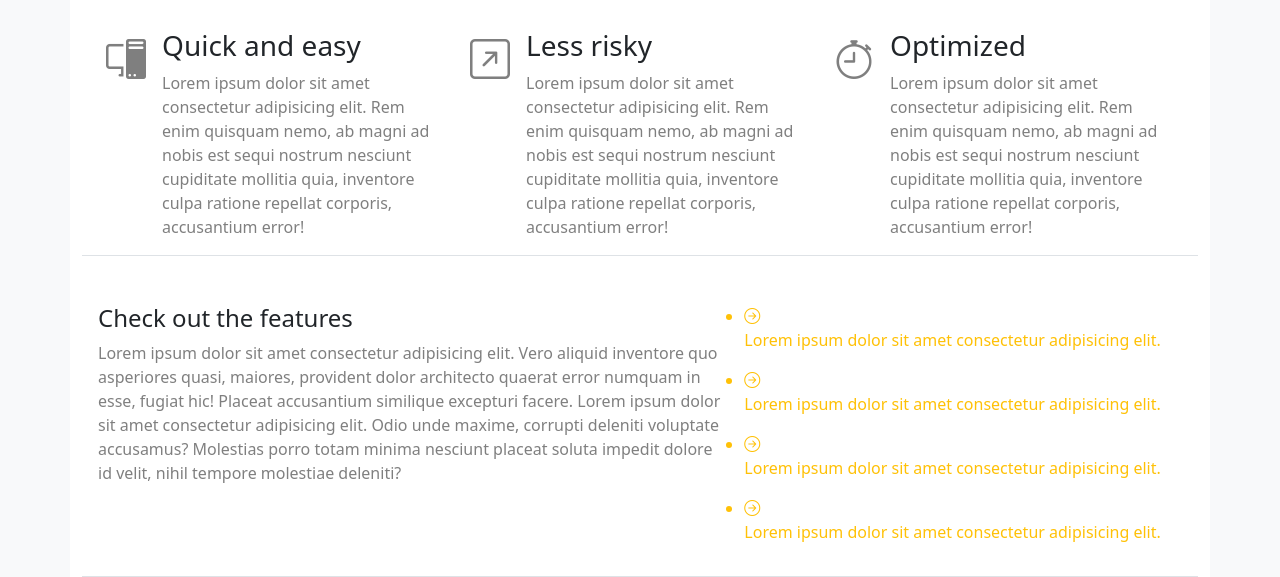
Repository: lyvandat/dh---bootstrap1
Page: index.html
An editor plug-in stored every save of this project. The page is shown before and after the next save, followed by the edit.
The browser window is 1280 px wide. The pictures show the part of the page from y = 545 to 1122 px (the page is 1122 px tall before and 1047 px after).
A picture or video elsewhere on the page could not be fetched, so the positions and the page height are approximate. Some web libraries are served in a nearby version.

Above is the page before, as saved 2022-11-01 20:59:19.

### index.html
<!DOCTYPE html>
<html lang="en">
  <head>
    <!-- Required meta tags -->
    <meta charset="utf-8" />
    <meta name="viewport" content="width=device-width, initial-scale=1" />

    <!-- Bootstrap CSS -->
    <link
      href="https://cdn.jsdelivr.net/npm/bootstrap@5.0.2/dist/css/bootstrap.min.css"
      rel="stylesheet"
      integrity="sha384-EVSTQN3/azprG1Anm3QDgpJLIm9Nao0Yz1ztcQTwFspd3yD65VohhpuuCOmLASjC"
      crossorigin="anonymous"
    />
    <link
      rel="stylesheet"
      href="https://cdn.jsdelivr.net/npm/bootstrap-icons@1.9.1/font/bootstrap-icons.css"
    />
    <link rel="stylesheet" href="./default.css">
    <title>Hello, world!</title>
  </head>
  <body class="bg-light">
    <div class="container bg-white">
      <section
        class="container align-items-center bg-white border-bottom border-gray py-4"
      >
        <div class="row px-0">
          <div class="col-2 d-inline-flex">
            <i class="bi bi-activity fs-3"></i>
            <h2>Target</h2>
          </div>
          <div class="col-6 d-flex align-items-center">
            <div class="text-gray font-style-italic text-black-50">
              Premium landing page templates
            </div>
          </div>
          <div class="col-3 d-flex align-items-center">
            <h3 class="fs-5">Call Now!: 1-800-123-456</h3>
          </div>
        </div>
      </section>

      <!-- intro -->
      <div class="border-bottom border-gray">
      <section class="px-3 row mt-5 d-flex align-items-stretch border-bottom border-gray pb-5">
        <div class="col-6 d-flex flex-column justify-content-between">
          <h2>The perfect way to convert your traffic into sales</h2>
          <article class="text-black-50">
            Lorem ipsum dolor sit amet consectetur adipisicing elit. Incidunt
            voluptatibus non itaque, ut aperiam necessitatibus rem impedit
            cupiditate. Eius perferendis ipsam impedit deserunt repellat
            reiciendis, error ducimus eum ratione iusto.
            <br></br>
            cupiditate. Eius perferendis ipsam impedit deserunt repellat
            reiciendis, error ducimus eum ratione iusto.
          </article>
          <div class="d-flex justify-content-center align-items-center mt-4">
            <button
              class="btn rounded-pill bg-warning bg-gradient border border-black fs-3"
            >
              Purchase now
            </button>
            <span class="d-block mx-4 fw-bold fs-6">Or</span>
            <button
              class="btn rounded-pill bg-light bg-gradient border border-black fs-3"
            >
              Take a tour
            </button>
          </div>
        </div>
        <div class="col-6">
          <img
            class="mw-100 img"
            src="https://images.unsplash.com/photo-1448375240586-882707db888b?ixlib=rb-4.0.3&ixid=MnwxMjA3fDB8MHxwaG90by1wYWdlfHx8fGVufDB8fHx8&auto=format&fit=crop&w=1170&q=80"
          />
        </div>
      </section>
    </div>

      <div class="border-bottom border-gray">
      <section class="px-4 row text-black-50 mt-5">
        <div class="col-4 d-flex align-items-start">
          <i class="bi bi-pc-display fs-1"></i>
          <div class="ms-3">
            <h3 class="text-dark">Quick and easy</h3>
            <p class="fw-medium">Lorem ipsum dolor sit amet consectetur adipisicing elit. Rem enim quisquam nemo, ab magni ad nobis est sequi nostrum nesciunt cupiditate mollitia quia, inventore culpa ratione repellat corporis, accusantium error!</p>
          </div>
        </div>
        <div class="col-4 d-flex align-items-start">
          <i class="bi bi-arrow-up-right-square fs-1"></i>
          <div class="ms-3">
            <h3 class="text-dark">Less risky</h3>
            <p class="fw-medium">Lorem ipsum dolor sit amet consectetur adipisicing elit. Rem enim quisquam nemo, ab magni ad nobis est sequi nostrum nesciunt cupiditate mollitia quia, inventore culpa ratione repellat corporis, accusantium error!</p>
          </div>
        </div>
        <div class="col-4 d-flex align-items-start ">
          <i class="bi bi-stopwatch fs-1"></i>
          <div class="ms-3">
            <h3 class="text-dark">Optimized</h3>
            <p class="fw-medium">Lorem ipsum dolor sit amet consectetur adipisicing elit. Rem enim quisquam nemo, ab magni ad nobis est sequi nostrum nesciunt cupiditate mollitia quia, inventore culpa ratione repellat corporis, accusantium error!</p>
          </div>
        </div>
      </section>
    </div>
    <div class="border-bottom border-gray mt-5">
      <section class="row px-3 ">
        <div class="col-7"><h4>Check out the features</h4><p class="text-black-50 fw-medium">Lorem ipsum dolor sit amet consectetur adipisicing elit. Vero aliquid inventore quo asperiores quasi, maiores, provident dolor architecto quaerat error numquam in esse, fugiat hic! Placeat accusantium similique excepturi facere. Lorem ipsum dolor sit amet consectetur adipisicing elit. Odio unde maxime, corrupti deleniti voluptate accusamus? Molestias porro totam minima nesciunt placeat soluta impedit dolore id velit, nihil tempore molestiae deleniti?</p></div>
        <ul class="col-5">
          <li class="text-warning fs-6">
            <i class="bi bi-arrow-right-circle"></i>
            <p>Lorem ipsum dolor sit amet consectetur adipisicing elit.</p>
          </li>
          <li class="text-warning fs-6">
            <i class="bi bi-arrow-right-circle"></i>
            <p>Lorem ipsum dolor sit amet consectetur adipisicing elit.</p>
          </li>
          <li class="text-warning fs-6">
            <i class="bi bi-arrow-right-circle"></i>
            <p>Lorem ipsum dolor sit amet consectetur adipisicing elit.</p>
          </li>
          <li class="text-warning fs-6">
            <i class="bi bi-arrow-right-circle"></i>
            <p>Lorem ipsum dolor sit amet consectetur adipisicing elit.</p>
          </li>
        </ul>
      </section>
    </div>
    </div>



    <!-- Option 1: Bootstrap Bundle with Popper -->
    <script
      src="https://cdn.jsdelivr.net/npm/bootstrap@5.0.2/dist/js/bootstrap.bundle.min.js"
      integrity="sha384-MrcW6ZMFYlzcLA8Nl+NtUVF0sA7MsXsP1UyJoMp4YLEuNSfAP+JcXn/tWtIaxVXM"
      crossorigin="anonymous"
    ></script>
  </body>
</html>

Loaded but not shown: default.css (empty)

After the next save:
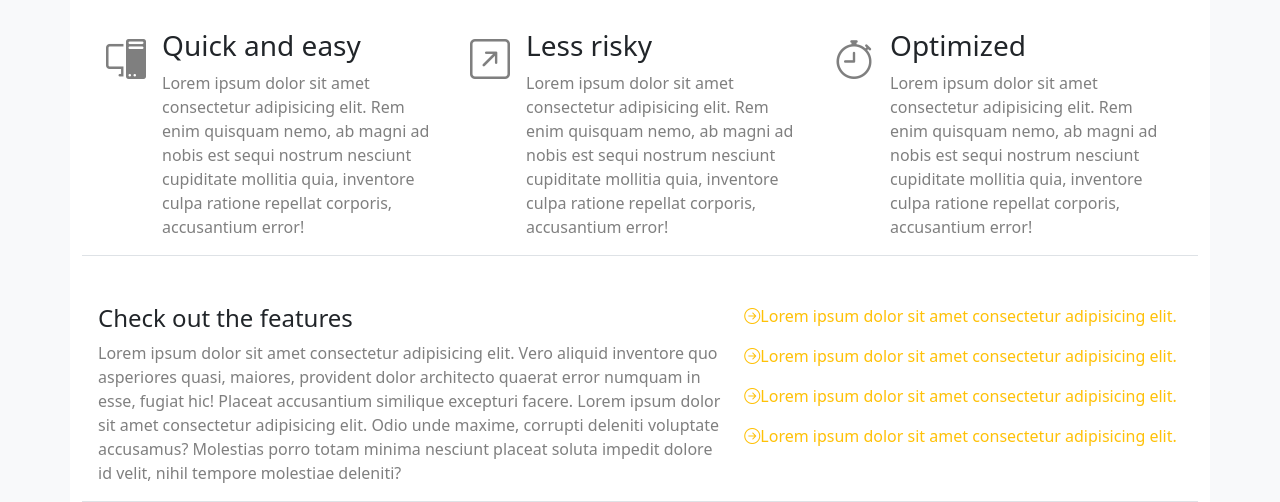
Saved 8 s later.
--- a/index.html
+++ b/index.html
@@ -106,19 +106,19 @@
       <section class="row px-3 ">
         <div class="col-7"><h4>Check out the features</h4><p class="text-black-50 fw-medium">Lorem ipsum dolor sit amet consectetur adipisicing elit. Vero aliquid inventore quo asperiores quasi, maiores, provident dolor architecto quaerat error numquam in esse, fugiat hic! Placeat accusantium similique excepturi facere. Lorem ipsum dolor sit amet consectetur adipisicing elit. Odio unde maxime, corrupti deleniti voluptate accusamus? Molestias porro totam minima nesciunt placeat soluta impedit dolore id velit, nihil tempore molestiae deleniti?</p></div>
         <ul class="col-5">
-          <li class="text-warning fs-6">
+          <li class="text-warning fs-6 d-flex">
             <i class="bi bi-arrow-right-circle"></i>
             <p>Lorem ipsum dolor sit amet consectetur adipisicing elit.</p>
           </li>
-          <li class="text-warning fs-6">
+          <li class="text-warning fs-6 d-flex">
             <i class="bi bi-arrow-right-circle"></i>
             <p>Lorem ipsum dolor sit amet consectetur adipisicing elit.</p>
           </li>
-          <li class="text-warning fs-6">
+          <li class="text-warning fs-6 d-flex">
             <i class="bi bi-arrow-right-circle"></i>
             <p>Lorem ipsum dolor sit amet consectetur adipisicing elit.</p>
           </li>
-          <li class="text-warning fs-6">
+          <li class="text-warning fs-6 d-flex">
             <i class="bi bi-arrow-right-circle"></i>
             <p>Lorem ipsum dolor sit amet consectetur adipisicing elit.</p>
           </li>
